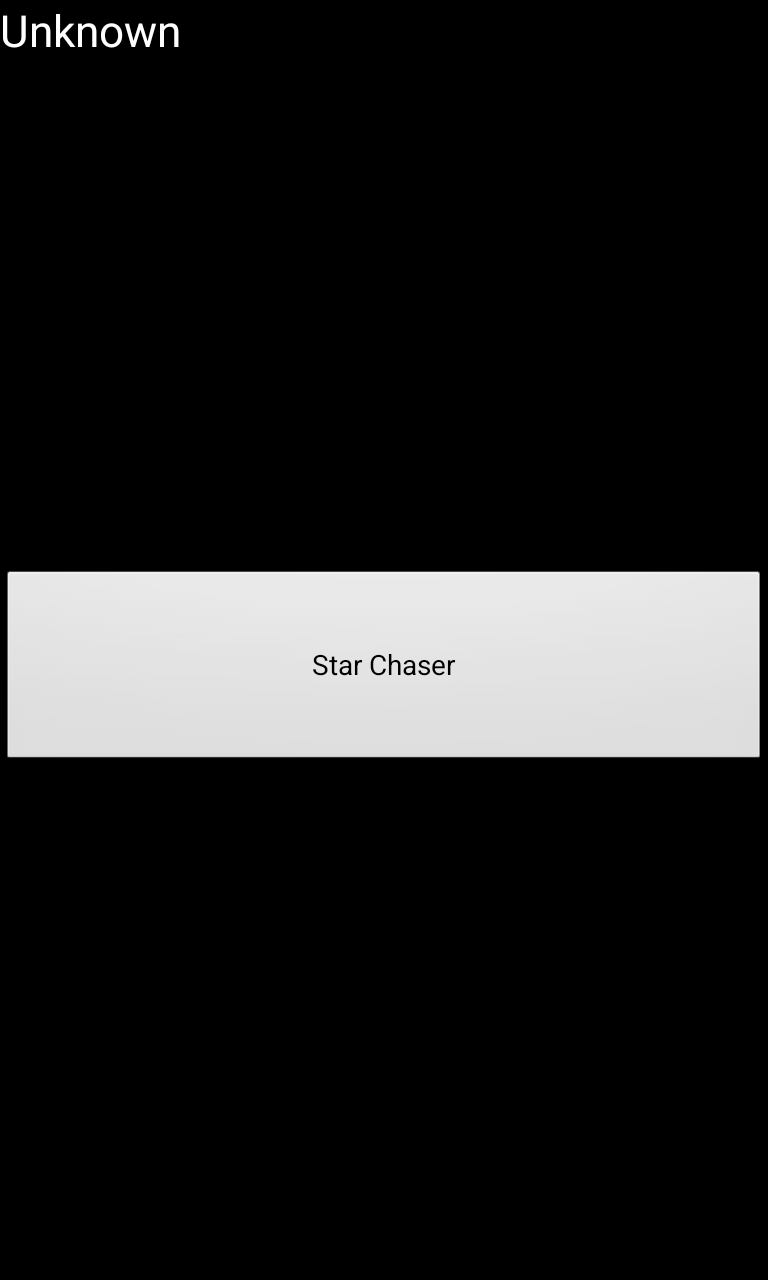
Repository: Malow/PhoneGame
Layout: Android/WiiPhone/res/layout/activity_main.xml
These files come from the project's save history. The layout is drawn as it stood at one moment and after the next save; the edit follows.
It is drawn on a 768 x 1280 px phone screen (xhdpi) without system bars, with theme android:Theme.NoTitleBar.Fullscreen; the app's code is not run. The app's manifest (not shown) leaves right-to-left support off. So textAlignment, textDirection and layoutDirection are ignored, and left and right values win over start and end ones.

Above is the layout before, as saved 2013-04-26 10:39:29.

### Android/WiiPhone/res/layout/activity_main.xml
<?xml version="1.0" encoding="utf-8"?>
<LinearLayout xmlns:android="http://schemas.android.com/apk/res/android"
    android:layout_width="fill_parent"
    android:layout_height="fill_parent"
    android:orientation="vertical" >

    <TextView
        android:id="@+id/textView1"
        android:layout_width="wrap_content"
        android:layout_height="wrap_content"
        android:layout_weight="0.10"
        android:text="Unknown"
        android:textAlignment="center"
        android:textAppearance="?android:attr/textAppearanceLarge" />

    <LinearLayout
        android:layout_width="match_parent"
        android:layout_height="wrap_content"
        android:layout_weight="0.10" >

        <Button
            android:id="@+id/game_1"
            style="android:attr/buttonBarButtonStyle"
            android:layout_width="match_parent"
            android:layout_height="wrap_content"
            android:height="100dp"
            android:text="@string/choose_game_button_1" />

        <Button
            android:id="@+id/game_2"
            style="android:attr/buttonBarButtonStyle"
            android:layout_width="match_parent"
            android:layout_height="wrap_content"
            android:height="100dp"
            android:text="@string/choose_game_button_2" />

        <Button
            android:id="@+id/game_3"
            style="android:attr/buttonBarButtonStyle"
            android:layout_width="match_parent"
            android:layout_height="wrap_content"
            android:height="100dp"
            android:text="@string/choose_game_button_3" />
    </LinearLayout>

</LinearLayout>

### Android/WiiPhone/res/values/strings.xml
<?xml version="1.0" encoding="utf-8"?>
<resources>

    <string name="app_name">WiiPhone</string>
    <string name="action_settings">Settings</string>
    <string name="hello_world">Hello world!</string>
    <string name="start_button_text">this button starts the program</string>
    <string name="choose_game_button_1">Star Chaser</string>
	<string name="choose_game_button_2">Labyrinth</string>
	<string name="choose_game_button_3">Sniper</string>
	<string name="button_up">UP</string>
	<string name="button_down">DOWN</string>
	<string name="button_shot">Shot</string>
	<string name="joysticktext1">Turn</string>
	<string name="joysticktext2">Balance</string>
	<string name="creators">Projekt by MaloW and eXpliCo</string>
	<string name="restart">Restart</string>
</resources>

After the next save:
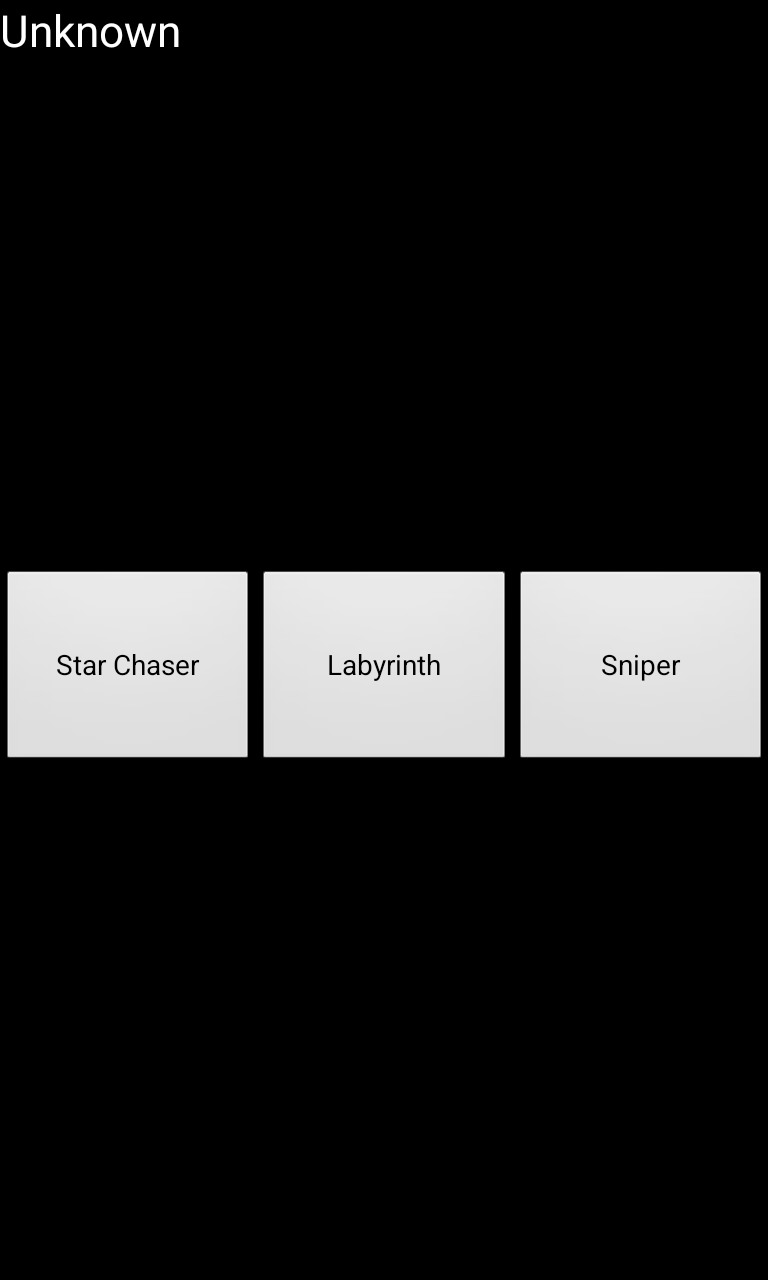
Saved 16 s later.
--- a/Android/WiiPhone/res/layout/activity_main.xml
+++ b/Android/WiiPhone/res/layout/activity_main.xml
@@ -23,6 +23,7 @@
             style="android:attr/buttonBarButtonStyle"
             android:layout_width="match_parent"
             android:layout_height="wrap_content"
+            android:layout_weight="0.10"
             android:height="100dp"
             android:text="@string/choose_game_button_1" />
 
@@ -31,6 +32,7 @@
             style="android:attr/buttonBarButtonStyle"
             android:layout_width="match_parent"
             android:layout_height="wrap_content"
+            android:layout_weight="0.10"
             android:height="100dp"
             android:text="@string/choose_game_button_2" />
 
@@ -39,6 +41,7 @@
             style="android:attr/buttonBarButtonStyle"
             android:layout_width="match_parent"
             android:layout_height="wrap_content"
+            android:layout_weight="0.10"
             android:height="100dp"
             android:text="@string/choose_game_button_3" />
     </LinearLayout>
